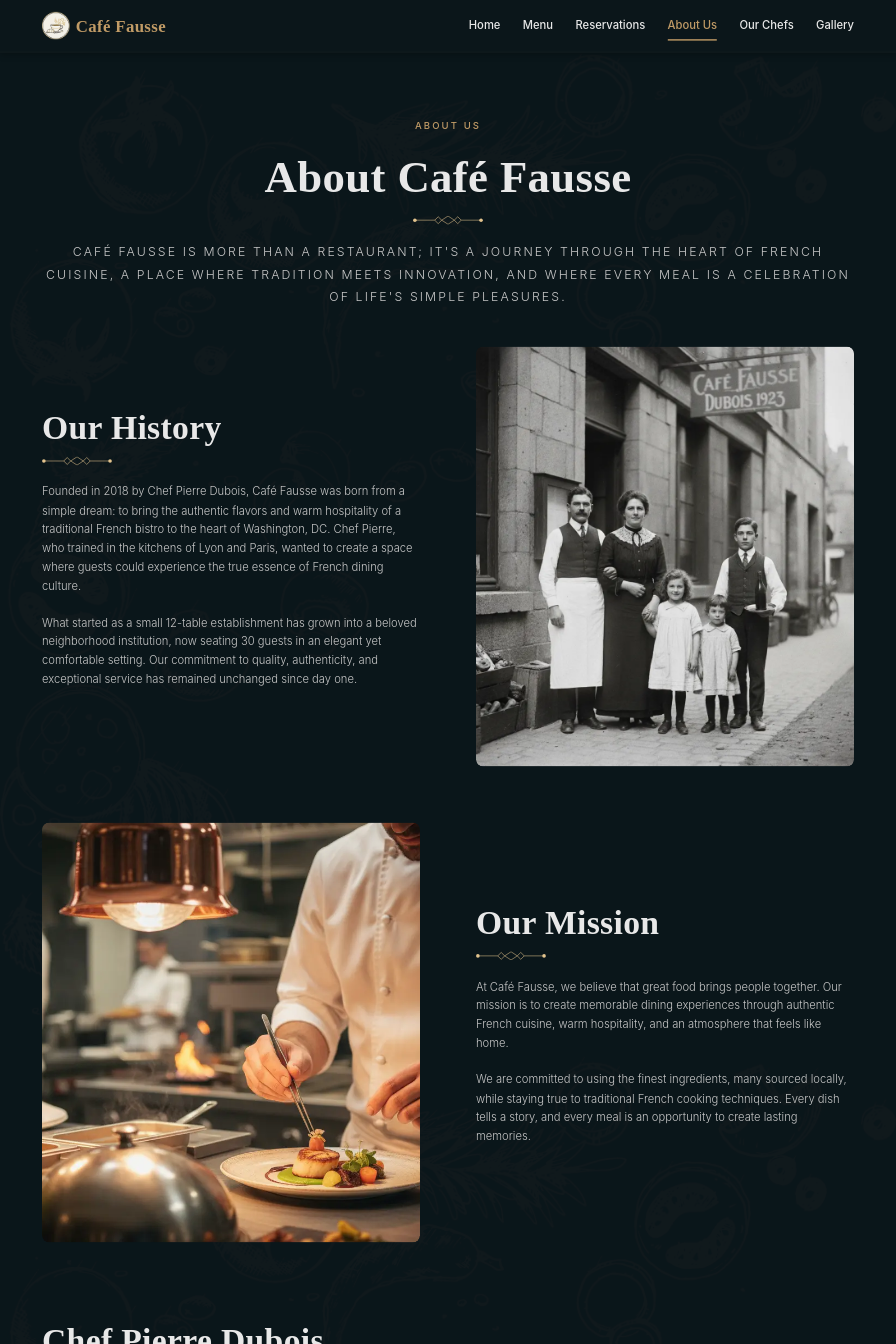
Repository: MatVanDenArt/MSSE-Cafe-Fausse
Page: /about (app in frontend/)
The author's editor kept a copy of each file at every save. The page is drawn from the files as they stood at one save, then again after the next save.
The browser window is 1280 px wide. The pictures show the part of the page from y = 0 to 1920 px (the page is 5424 px tall before and 5384 px after), at 70% of full size.
Backgrounds fixed to the window are drawn as part of the page. The project was rebuilt for these pictures with package versions that can differ from the ones it lists, and the page was loaded fresh each time. Also part of the build but not shown: frontend/src/pages/Home.css, frontend/src/pages/Home.js, frontend/src/pages/Menu.css, frontend/src/pages/Menu.js, frontend/src/pages/Reservations.css, frontend/src/pages/Reservations.js, frontend/src/pages/Gallery.css, frontend/src/pages/Gallery.js.

Above is the page before, as saved 2025-11-05 15:10:02.

### frontend/src/App.js
import React from "react";
import { BrowserRouter as Router, Routes, Route } from "react-router-dom";
import "./App.css";

// Import components
import Header from "./components/Header";
import Footer from "./components/Footer";
import Home from "./pages/Home";
import Menu from "./pages/Menu";
import Reservations from "./pages/Reservations";
import About from "./pages/About";
import Gallery from "./pages/Gallery";

function App() {
  return (
    <Router>
      <div className="App">
        <Header />
        <main className="main-content">
          <Routes>
            <Route path="/" element={<Home />} />
            <Route path="/menu" element={<Menu />} />
            <Route path="/reservations" element={<Reservations />} />
            <Route path="/about" element={<About />} />
            <Route path="/gallery" element={<Gallery />} />
          </Routes>
        </main>
        <Footer />
      </div>
    </Router>
  );
}

export default App;

### frontend/src/App.css
/* Global Styles */
* {
  margin: 0;
  padding: 0;
  box-sizing: border-box;
}

@import url("https://fonts.googleapis.com/css2?family=Dancing+Script:wght@400;500;600;700&family=Cormorant+Garamond:ital,wght@0,300;0,400;0,500;0,600;0,700;1,300;1,400;1,500;1,600&family=Inter:wght@300;400;500;600&family=Source+Sans+Pro:ital,wght@0,300;0,400;0,600;1,300;1,400&display=swap");

body {
  font-family: "Inter", "Source Sans Pro", "Helvetica Neue", "Arial", sans-serif;
  line-height: 1.6;
  color: #e8e8e8;
  background-color: #0b161a;
  font-weight: 400;
  padding-top: 70px; /* Account for fixed header */
}

/* Remove padding-top for home page since hero handles spacing */
.home {
  padding-top: 0;
}

.App {
  min-height: 100vh;
  display: flex;
  flex-direction: column;
}

.main-content {
  flex: 1;
}

/* Typography */
h1,
h2,
h3,
h4,
h5,
h6 {
  font-family: "Cormorant Garamond", "EB Garamond", "Georgia", "Times New Roman",
    serif;
  font-weight: 500;
  margin-bottom: 1rem;
  letter-spacing: 0.5px;
}

h1 {
  font-size: 2.5rem;
  color: #c19b66;
  font-family: "Dancing Script", "Cormorant Garamond", serif;
  font-weight: 600;
}

h2 {
  font-size: 2rem;
  color: #c19b66;
  font-family: "Dancing Script", "Cormorant Garamond", serif;
  font-weight: 600;
}

h3 {
  font-size: 2rem;
  color: #c19b66;
  font-family: "Cormorant Garamond", serif;
  font-weight: 500;
}

p {
  margin-bottom: 1rem;
  font-size: 1.1rem;
  font-family: "Inter", "Source Sans Pro", "Helvetica Neue", "Arial", sans-serif;
}

/* Container */
.container {
  max-width: 1200px;
  margin: 0 auto;
  padding: 0 20px;
}

/* Grid System */
.grid {
  display: grid;
  gap: 2rem;
}

.grid-2 {
  grid-template-columns: repeat(auto-fit, minmax(300px, 1fr));
}

.grid-3 {
  grid-template-columns: repeat(auto-fit, minmax(250px, 1fr));
}

.grid-4 {
  grid-template-columns: repeat(auto-fit, minmax(200px, 1fr));
}

/* Flexbox Utilities */
.flex {
  display: flex;
}

.flex-center {
  display: flex;
  justify-content: center;
  align-items: center;
}

.flex-between {
  display: flex;
  justify-content: space-between;
  align-items: center;
}

.flex-column {
  display: flex;
  flex-direction: column;
}

/* Buttons */
.btn {
  display: inline-block;
  padding: 12px 24px;
  background-color: #c19b66;
  color: #0b161a;
  text-decoration: none;
  border: none;
  border-radius: 5px;
  font-size: 1rem;
  font-weight: 600;
  cursor: pointer;
  transition: all 0.3s ease;
  text-align: center;
}

.btn:hover {
  background-color: #b08a55;
  transform: translateY(-2px);
  box-shadow: 0 4px 12px rgba(193, 155, 102, 0.4);
}

.btn-secondary {
  background-color: transparent;
  color: #c19b66;
  border: 2px solid #c19b66;
}

.btn-secondary:hover {
  background-color: #c19b66;
  color: #0b161a;
}

.btn-large {
  padding: 16px 32px;
  font-size: 1.1rem;
}

/* Forms */
.form-group {
  margin-bottom: 1.5rem;
}

.form-label {
  display: block;
  margin-bottom: 0.5rem;
  font-weight: 600;
  color: #c19b66;
}

.form-input,
.form-select,
.form-textarea {
  width: 100%;
  padding: 12px;
  border: 2px solid #151f21;
  border-radius: 5px;
  font-size: 1rem;
  transition: border-color 0.3s ease;
  background-color: #151f21;
  color: #e8e8e8;
}

.form-input:focus,
.form-select:focus,
.form-textarea:focus {
  outline: none;
  border-color: #c19b66;
  box-shadow: 0 0 0 3px rgba(193, 155, 102, 0.1);
}

.form-textarea {
  resize: vertical;
  min-height: 100px;
}

/* Cards */
.card {
  /* background: #151f21; */
  border-radius: 10px;
  box-shadow: 0 4px 6px rgba(0, 0, 0, 0.3);
  overflow: hidden;
  border: 1px solid #1f2a2d;
}

.card-body {
  padding: 1.5rem;
}

.card-title {
  font-size: 1.25rem;
  margin-bottom: 0.5rem;
  color: #c19b66;
  font-family: "Dancing Script", "Cormorant Garamond", serif;
  font-weight: 500;
}

.card-text {
  color: #c8c8c8;
  margin-bottom: 1rem;
}

/* Images */
.img-responsive {
  width: 100%;
  height: auto;
  display: block;
}

.img-rounded {
  border-radius: 10px;
}

/* Sections */
.section {
  padding: 4rem 0;
}

.section-dark {
  background-color: #0b161a;
  color: white;
}

.section-light {
  background-color: #151f21;
}

.section-title {
  text-align: center;
}

.section-title h2 {
  font-size: 2.5rem;
  margin-bottom: 1rem;
}

.section-title p {
  font-size: 1.2rem;
  color: #c8c8c8;
  /* max-width: 600px; */
  margin: 0 auto;
}

/* Hero Section - Moved to Home.css */

.hero-content h1 {
  font-size: 3.5rem;
  margin-bottom: 1rem;
  color: white;
}

.hero-content p {
  font-size: 1.3rem;
  margin-bottom: 2rem;
  max-width: 600px;
}

.hero-buttons {
  display: flex;
  gap: 1rem;
  justify-content: center;
  flex-wrap: wrap;
}

/* Navigation styles are in Header.css */

/* Footer */
.footer {
  background-color: #333;
  color: white;
  padding: 3rem 0 1rem;
}

.footer-content {
  display: grid;
  grid-template-columns: repeat(auto-fit, minmax(250px, 1fr));
  gap: 2rem;
  margin-bottom: 2rem;
}

.footer-bottom {
  text-align: center;
  padding-top: 2rem;
  border-top: 1px solid #555;
  color: #ccc;
}

/* Responsive Design */
@media (max-width: 768px) {
  .container {
    padding: 0 15px;
  }

  .hero-content h1 {
    font-size: 2.5rem;
  }

  .hero-content p {
    font-size: 1.1rem;
  }

  .hero-buttons {
    flex-direction: column;
    align-items: center;
  }

  /* Navigation responsive styles are in Header.css */

  .grid-2,
  .grid-3,
  .grid-4 {
    grid-template-columns: 1fr;
  }

  h1 {
    font-size: 2rem;
  }

  h2 {
    font-size: 1.5rem;
  }
}

@media (max-width: 480px) {
  .hero-content h1 {
    font-size: 2rem;
  }

  .section {
    padding: 2rem 0;
  }

  .btn {
    padding: 10px 20px;
    font-size: 0.9rem;
  }
}

/* Utility Classes */
.text-center {
  text-align: center;
}

.text-left {
  text-align: left;
}

.text-right {
  text-align: right;
}

.mb-1 {
  margin-bottom: 0.5rem;
}
.mb-2 {
  margin-bottom: 1rem;
}
.mb-3 {
  margin-bottom: 1.5rem;
}
.mb-4 {
  margin-bottom: 2rem;
}

.mt-1 {
  margin-top: 0.5rem;
}
.mt-2 {
  margin-top: 1rem;
}
.mt-3 {
  margin-top: 1.5rem;
}
.mt-4 {
  margin-top: 2rem;
}

.p-1 {
  padding: 0.5rem;
}
.p-2 {
  padding: 1rem;
}
.p-3 {
  padding: 1.5rem;
}
.p-4 {
  padding: 2rem;
}

.hidden {
  display: none;
}

.visible {
  display: block;
}

### frontend/src/components/Header.css
.nav {
  background-color: #0b161a;
  box-shadow: 0 2px 10px rgba(0, 0, 0, 0.3);
  position: fixed;
  top: 0;
  left: 0;
  right: 0;
  z-index: 1000;
  border-bottom: 1px solid #151f21;
}

.nav-container {
  display: flex;
  justify-content: space-between;
  align-items: center;
  padding: 1rem 0;
}

.nav-logo {
  display: flex;
  align-items: center;
  gap: 0.5rem;
  text-decoration: none;
  font-family: "Cormorant Garamond", "EB Garamond", "Georgia", "Times New Roman",
    serif;
  font-weight: 500;
  letter-spacing: 0.5px;
}

.nav-logo-img {
  height: 40px;
  width: auto;
}

.nav-logo-text {
  font-size: 1.5rem;
  font-weight: bold;
  color: #c19b66;
  font-family: "Dancing Script", "Cormorant Garamond", serif;
}

.nav-logo:hover .nav-logo-text {
  color: #c19b66;
}

.nav-menu {
  display: flex;
  list-style: none;
  gap: 2rem;
  margin: 0;
  padding: 0;
}

.nav-link {
  color: #e8e8e8;
  text-decoration: none;
  font-weight: 500;
  transition: color 0.3s ease;
  padding: 0.5rem 0;
  position: relative;
}

.nav-link:hover,
.nav-link.active {
  color: #c19b66;
}

.nav-link.active::after {
  content: "";
  position: absolute;
  bottom: 0;
  left: 0;
  right: 0;
  height: 2px;
  background-color: #c19b66;
}

.nav-toggle {
  display: none;
  flex-direction: column;
  background: none;
  border: none;
  cursor: pointer;
  padding: 0.5rem;
}

.nav-toggle-line {
  width: 25px;
  height: 3px;
  background-color: #c19b66;
  margin: 3px 0;
  transition: 0.3s;
}

/* Mobile Navigation */
@media (max-width: 768px) {
  .nav-toggle {
    display: flex;
  }

  .nav-menu {
    position: fixed;
    top: 70px;
    left: 0;
    right: 0;
    background-color: #0b161a;
    flex-direction: column;
    padding: 2rem;
    box-shadow: 0 2px 10px rgba(0, 0, 0, 0.3);
    transform: translateY(-100%);
    opacity: 0;
    visibility: hidden;
    transition: all 0.3s ease;
    z-index: 999;
    border-top: 1px solid #151f21;
  }

  .nav-menu-open {
    transform: translateY(0);
    opacity: 1;
    visibility: visible;
  }

  .nav-link {
    padding: 1rem 0;
    border-bottom: 1px solid #151f21;
    text-align: center;
    color: #e8e8e8;
  }

  .nav-link:last-child {
    border-bottom: none;
  }

  .nav-link:hover,
  .nav-link.active {
    color: #c19b66;
  }

  .nav-toggle.open .nav-toggle-line:nth-child(1) {
    transform: rotate(45deg) translate(5px, 5px);
  }

  .nav-toggle.open .nav-toggle-line:nth-child(2) {
    opacity: 0;
  }

  .nav-toggle.open .nav-toggle-line:nth-child(3) {
    transform: rotate(-45deg) translate(7px, -6px);
  }
}

### frontend/src/components/Footer.css
.footer {
  background-color: #0b161a;
  color: #e8e8e8;
  padding: 3rem 0 1rem;
  margin-top: auto;
  border-top: 1px solid #151f21;
}

.footer-content {
  display: grid;
  grid-template-columns: repeat(auto-fit, minmax(250px, 1fr));
  gap: 2rem;
  margin-bottom: 2rem;
}

.footer-section h3 {
  color: #c19b66;
  font-size: 1.8rem;
  font-family: "Cormorant Garamond", "Times New Roman", serif;
  font-weight: 500;
  letter-spacing: 0.5px;
  margin-bottom: 0.25rem;
}

.footer-section p {
  margin-bottom: 0.5rem;
  line-height: 1.6;
  color: #c8c8c8;
}

.footer-section strong {
  color: white;
}

.newsletter-form {
  display: flex;
  flex-direction: column;
  gap: 0.5rem;
  margin-top: 1rem;
}

.newsletter-input {
  padding: 0.75rem;
  border: 1px solid #151f21;
  border-radius: 5px;
  background-color: #151f21;
  color: #e8e8e8;
  font-size: 0.9rem;
}

.newsletter-input::placeholder {
  color: #ccc;
}

.newsletter-input:focus {
  outline: none;
  border-color: #c19b66;
}

.newsletter-btn {
  padding: 0.75rem;
  font-size: 0.9rem;
  border: 2px solid #c19b66;
  background-color: transparent;
  color: #c19b66;
}

.newsletter-btn:hover {
  background-color: #c19b66;
  color: #0b161a;
}

.newsletter-btn:disabled {
  opacity: 0.6;
  cursor: not-allowed;
}

.newsletter-success {
  background-color: #4caf50;
  padding: 1rem;
  border-radius: 5px;
  text-align: center;
  margin-top: 1rem;
}

.newsletter-success p {
  margin: 0;
  color: white;
  font-weight: 600;
}

.footer-bottom {
  text-align: center;
  padding-top: 2rem;
  border-top: 1px solid #151f21;
  color: #a8a8a8;
}

.footer-bottom p {
  margin: 0;
  font-size: 0.9rem;
}

@media (max-width: 768px) {
  .footer {
    padding: 2rem 0 1rem;
  }

  .footer-content {
    grid-template-columns: 1fr;
    gap: 1.5rem;
  }

  .newsletter-form {
    flex-direction: column;
  }
}

### frontend/src/pages/About.css
.about {
  padding: 4rem 0;
  min-height: 100vh;
  position: relative;
  background-color: #0b161a;
}

.about::before {
  content: "";
  position: absolute;
  top: 0;
  left: 0;
  right: 0;
  bottom: 0;
  background-color: rgba(11, 22, 26, 0.7);
  z-index: 0;
}

.about > .container {
  position: relative;
  z-index: 1;
}

/* Hero Section */
.about .section-title {
  text-align: center;
  padding: 2rem 0;
}

.about .section-title p {
  font-size: 0.85rem;
  text-transform: uppercase;
  letter-spacing: 3px;
  margin-bottom: 1.5rem;
  font-weight: 500;
  display: inline-block;
  color: #c19b66;
}

.about .section-title h1 {
  font-size: 4rem;
  color: #e8e8e8;
  margin-bottom: 1rem;
  font-family: "Cormorant Garamond", serif;
  font-weight: 600;
  line-height: 1.2;
}

.about .section-title h2 {
  font-size: 1.7rem;
  color: #c8c8c8;
  font-style: normal;
  font-weight: 300;
  margin-top: 0.5rem;
  color: #c19b66;
}

.about-section {
  margin-bottom: 5rem;
}

.about-content {
  display: grid;
  grid-template-columns: 1fr 1fr;
  gap: 5rem;
  align-items: center;
  margin-bottom: 2rem;
}

.about-content.reverse {
  direction: rtl;
}

.about-content.reverse > * {
  direction: ltr;
}

.about-text {
  padding: 2rem 0;
}

.about-text h3 {
  font-size: 3rem;
  color: #e8e8e8;
  margin-bottom: 0.75rem;
  font-family: "Cormorant Garamond", serif;
  font-weight: 600;
  line-height: 1.2;
}

.about-text p {
  font-size: 1rem;
  line-height: 1.7;
  margin-bottom: 1.5rem;
  color: #c8c8c8;
  font-weight: 300;
}
.card-body p {
  font-size: 1rem !important;
  line-height: 1.7;
  margin-bottom: 1.5rem;
  color: #c8c8c8;
  font-weight: 300;
}

.about-image {
  width: 100%;
  height: 600px;
  overflow: hidden;
  border-radius: 10px;
}

.about-image img {
  width: 100%;
  height: 100%;
  object-fit: cover;
  object-position: center;
}

.about-text h4 {
  font-size: 1.2rem;
  color: #c19b66;
  margin-bottom: 2rem;
  font-family: "Cormorant Garamond", serif;
  font-weight: 400;
  font-style: normal;
  text-transform: uppercase;
  letter-spacing: 1px;
}

.chef-quote {
  background: transparent;
  padding: 2rem 0;
  border-radius: 0;
  border-left: 4px solid #c19b66;
  margin-top: 2rem;
  border-top: none;
  border-right: none;
  border-bottom: none;
  padding-left: 2rem;
}

.chef-quote blockquote {
  font-size: 1.1rem;
  font-style: italic;
  color: #e8e8e8;
  margin-bottom: 1rem;
  line-height: 1.7;
  font-weight: 300;
}

.chef-quote cite {
  color: #c19b66;
  font-weight: 500;
  font-size: 1rem;
  font-style: normal;
}

/* Awards Carousel Section */
.awards-carousel-section {
  margin: 4rem 0;
  width: 100%;
  max-width: 100%;
  position: relative;
  overflow-x: hidden;
  overflow-y: visible;
  display: flex;
  flex-direction: column;
  align-items: center;
}

.awards-carousel-header {
  text-align: center;
  padding: 0 20px;
}

.awards-header-container {
  max-width: 1200px;
  margin: 0 auto;
  padding: 0 20px;
}

.awards-carousel-header .section-title p {
  font-size: 0.85rem;
  text-transform: uppercase;
  letter-spacing: 3px;
  color: #c19b66;
  margin-bottom: 1rem;
  font-weight: 500;
  display: inline-block;
}

.awards-carousel-header .section-title h3 {
  font-size: 2.5rem;
  color: #e8e8e8;
  margin-bottom: 1rem;
  font-family: "Cormorant Garamond", serif;
  font-weight: 600;
  line-height: 1.2;
}

.awards-carousel-wrapper {
  position: relative;
  width: 100%;
  max-width: 1920px;
  margin: 0 auto;
  overflow-x: hidden;
  overflow-y: visible;
  padding: 0;
}

.awards-carousel-container {
  display: flex;
  width: 100%;
  max-width: 1920px;
  overflow-x: auto;
  overflow-y: hidden;
  scroll-snap-type: none;
  scroll-behavior: auto;
  -webkit-overflow-scrolling: touch;
  scrollbar-width: none;
  -ms-overflow-style: none;
  padding: 0;
  scroll-padding: 0;
  will-change: scroll-position;
  margin: 0 auto;
}

.awards-carousel-container::-webkit-scrollbar {
  display: none;
}

.award-slide {
  flex: 0 0 45%;
  width: 45%;
  height: 500px;
  position: relative;
  scroll-snap-align: none;
  scroll-snap-stop: normal;
  margin-right: 0.25rem;
  overflow: hidden;
  box-shadow: 0 8px 16px rgba(0, 0, 0, 0.3);
  flex-shrink: 0;
  background-size: cover !important;
  background-position: center !important;
  background-repeat: no-repeat !important;
}

.award-slide:last-child {
  margin-right: 0;
}

.award-slide-overlay {
  position: absolute;
  top: 0;
  left: 0;
  width: 100%;
  height: 100%;
  background: rgba(0, 0, 0, 0.4);
  z-index: 1;
}

.award-slide-content {
  position: relative;
  z-index: 2;
  height: 100%;
  display: flex;
  flex-direction: column;
  align-items: center;
  justify-content: center;
  text-align: center;
  padding: 3rem;
  color: white;
}

.award-slide-content h4 {
  color: white; /* #C19B66;*/
  font-size: 2.5rem;
  margin-bottom: 1rem;
  font-family: "Dancing Script", "Cormorant Garamond", serif;
  font-weight: 600;
  text-shadow: 2px 2px 4px rgba(0, 0, 0, 0.5);
}

.award-slide-content .award-year {
  color: #c19b66;
  font-size: 1.5rem;
  font-weight: 600;
  margin-bottom: 1rem;
  letter-spacing: 2px;
  text-shadow: 1px 1px 3px rgba(0, 0, 0, 0.5);
}

.award-slide-content .award-description {
  color: #e8e8e8;
  font-size: 1.2rem;
  line-height: 1.6;
  max-width: 600px;
  text-shadow: 1px 1px 2px rgba(0, 0, 0, 0.5);
}

.carousel-indicators {
  position: absolute;
  bottom: 2rem;
  left: 50%;
  transform: translateX(-50%);
  display: flex;
  gap: 0.75rem;
  z-index: 10;
}

.indicator {
  width: 12px;
  height: 12px;
  border-radius: 50%;
  border: 2px solid white;
  background: transparent;
  cursor: default;
  transition: all 0.3s ease;
  pointer-events: none;
}

.indicator.active {
  background: #c19b66;
  border-color: #c19b66;
  width: 24px;
  border-radius: 6px;
}

.about-section .section-title {
  display: flex;
  flex-direction: column;
  align-items: center;
  justify-content: center;
}
.about-section .section-title p {
  font-size: 0.85rem;
  text-transform: uppercase;
  letter-spacing: 3px;
  color: #c19b66;
  margin-bottom: 1rem;
  font-weight: 500;
  display: inline-block;
}

.about-section .section-title h3 {
  font-size: 2.5rem;
  color: #e8e8e8;
  margin-bottom: 1rem;
  font-family: "Cormorant Garamond", serif;
  font-weight: 600;
  line-height: 1.2;
}

.separator {
  max-width: 100px;
  height: auto;
  margin: 0 auto;
  margin-bottom: 1rem;
}

@media (max-width: 968px) {
  .about-content {
    grid-template-columns: 1fr;
    gap: 2rem;
  }

  .about-content.reverse {
    direction: ltr;
  }
}

@media (max-width: 768px) {
  .about {
    padding: 2rem 0;
  }

  .about .section-title h1 {
    font-size: 2rem;
  }

  .about-section {
    margin-bottom: 3rem;
  }

  .about-image {
    height: 300px;
  }

  .about-text {
    padding: 1.5rem 0;
  }

  .about-text h3 {
    font-size: 1.75rem;
  }

  .about-text p {
    font-size: 1rem;
  }

  .chef-quote {
    padding-left: 1.5rem;
  }

  .chef-quote blockquote {
    font-size: 1rem;
  }

  .awards-carousel-container {
    padding: 0 7.5%;
    scroll-padding: 0 7.5%;
    scroll-snap-type: x mandatory;
    scroll-behavior: smooth;
  }

  .award-slide {
    flex: 0 0 85%;
    width: 85%;
    height: 450px;
    margin-right: 1rem;
    border-radius: 20px;
    overflow: hidden;
    box-shadow: 0 8px 16px rgba(0, 0, 0, 0.3);
    scroll-snap-align: center;
  }

  .award-slide:first-child {
    margin-left: 0;
  }

  .award-slide:last-child {
    margin-right: 0;
    padding-right: 7.5%;
  }

  .award-slide {
    border-radius: 20px;
  }

  .award-slide-content {
    padding: 2rem;
  }

  .award-slide-content h4 {
    font-size: 2rem;
  }

  .award-slide-content .award-year {
    font-size: 1.3rem;
  }

  .award-slide-content .award-description {
    font-size: 1rem;
  }

  .carousel-indicators {
    bottom: 1.5rem;
  }
}

@media (max-width: 480px) {
  .about .section-title h1 {
    font-size: 1.75rem;
  }

  .about-text h3 {
    font-size: 1.5rem;
  }

  .about-text {
    padding: 1rem 0;
  }

  .chef-quote {
    padding-left: 1rem;
  }

  .chef-quote blockquote {
    font-size: 0.95rem;
  }

  .awards-carousel-container {
    padding: 0 10%;
    scroll-padding: 0 10%;
    scroll-snap-type: x mandatory;
    scroll-behavior: smooth;
  }

  .award-slide {
    flex: 0 0 80%;
    width: 80%;
    height: 400px;
    margin-right: 1rem;
    scroll-snap-align: center;
  }

  .award-slide:last-child {
    padding-right: 10%;
  }

  .award-slide-content {
    padding: 1.5rem;
  }

  .award-slide-content h4 {
    font-size: 1.5rem;
    margin-bottom: 0.75rem;
  }

  .award-slide-content .award-year {
    font-size: 1.1rem;
    margin-bottom: 0.75rem;
  }

  .award-slide-content .award-description {
    font-size: 0.9rem;
  }

  .carousel-indicators {
    bottom: 1rem;
    gap: 0.5rem;
  }

  .indicator {
    width: 10px;
    height: 10px;
  }

  .indicator.active {
    width: 20px;
  }
}

Loaded but not shown: frontend/public/index.html (common file); frontend/src/index.js (common file); frontend/src/index.css (common file); frontend/src/reportWebVitals.js (common file); frontend/src/pages/About.js (596 lines, source omitted); frontend/src/components/Footer.js (119 lines, source omitted); frontend/src/components/Header.js (120 lines, source omitted)

After the next save:
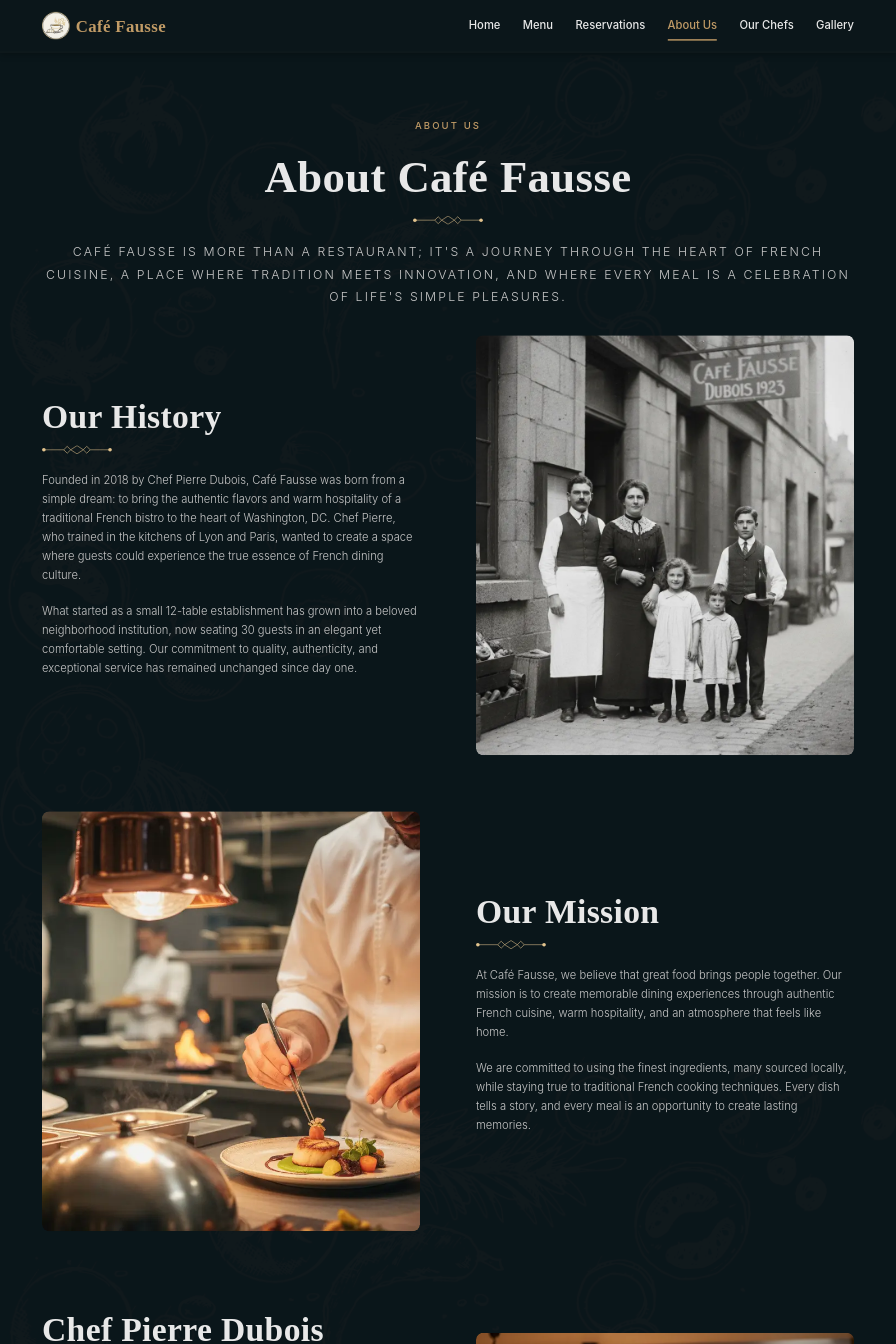
Saved 6 min 6 s later.
--- a/frontend/src/pages/About.css
+++ b/frontend/src/pages/About.css
@@ -24,7 +24,7 @@
 /* Hero Section */
 .about .section-title {
   text-align: center;
-  padding: 2rem 0;
+  padding: 2rem 0 1rem;
 }
 
 .about .section-title p {
@@ -193,7 +193,7 @@
 .awards-carousel-header .section-title h3 {
   font-size: 2.5rem;
   color: #e8e8e8;
-  margin-bottom: 1rem;
+  margin-bottom: 1.5rem;
   font-family: "Cormorant Garamond", serif;
   font-weight: 600;
   line-height: 1.2;
